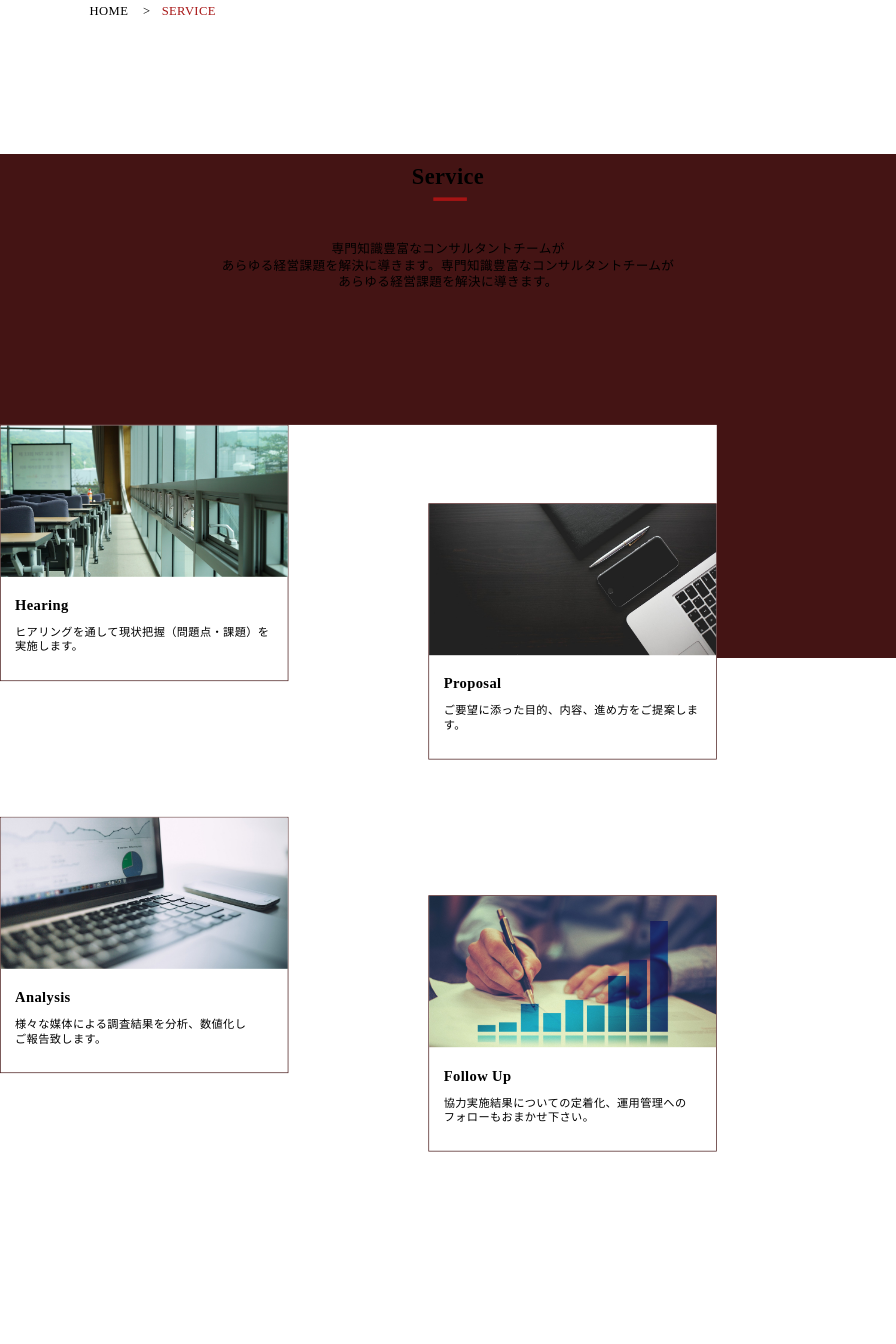
Repository: nozomi-23/hp2_test
Page: html/service.html
The author's editor kept a copy of each file at every save. The page is drawn from the files as they stood at one save, then again after the next save.
The browser window is 1280 px wide. The pictures show the part of the page from y = 840 to 2760 px (the page is 2760 px tall), at 70% of full size.
Some web fonts or font styles are not loaded; a fallback is used. Some web libraries are served in a nearby version.

Above is the page before, as saved 2022-06-26 08:02:01.

After the next save:
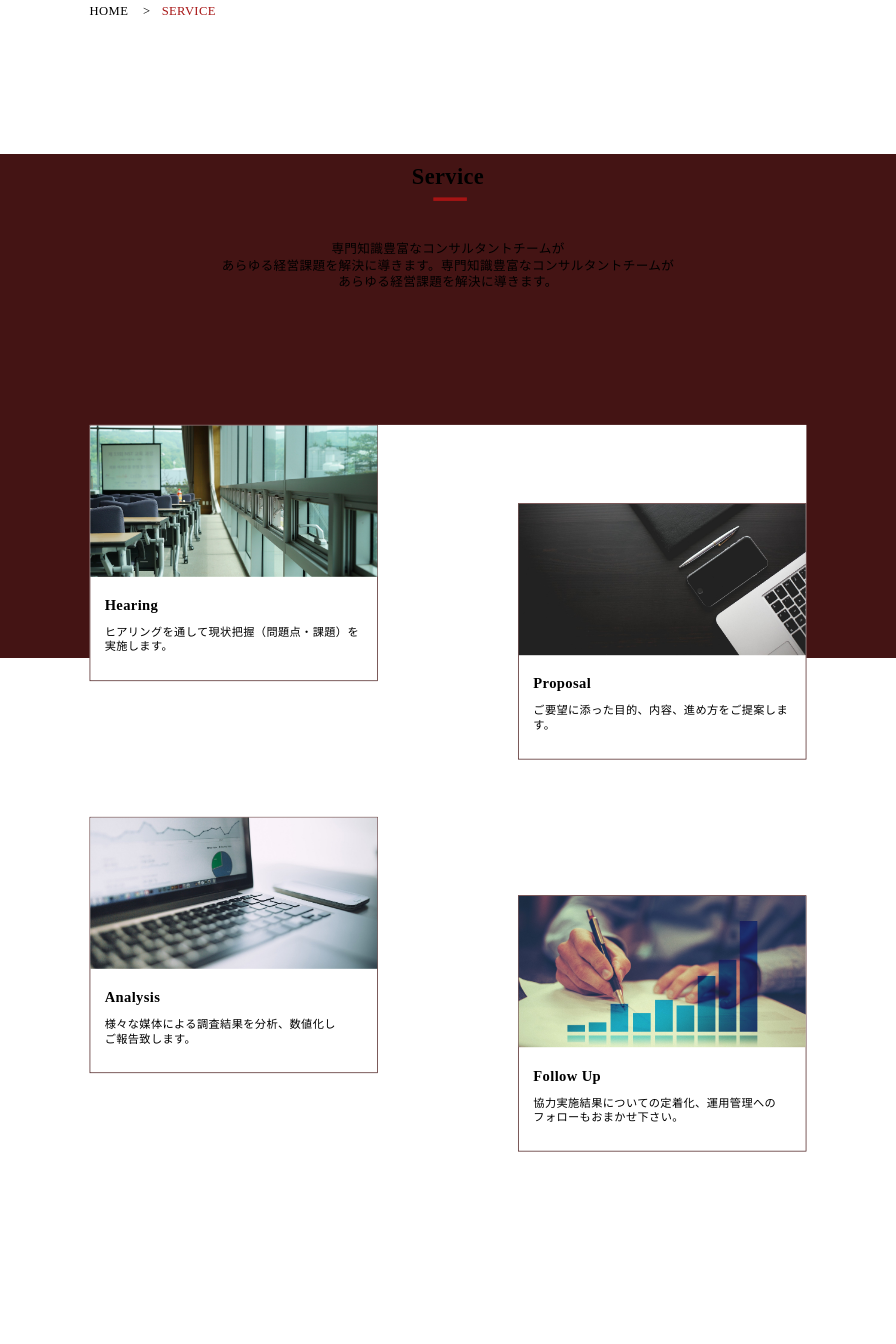
Saved 48 s later.
--- a/css/service.css
+++ b/css/service.css
@@ -18,7 +18,7 @@ service_intro
 }
 
 .service_intro_all {
-  margin: 15% 0;
+  margin: 15% auto;
   width: 80%;
 }
 
